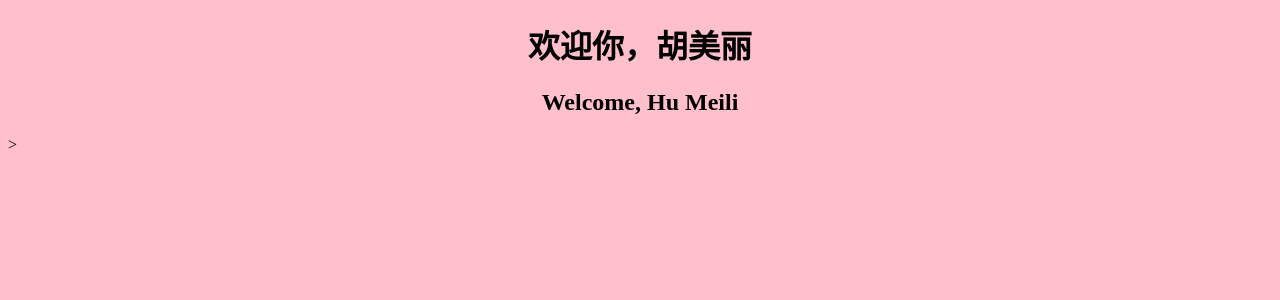
Repository: NanmeiYC/NanmeiYC.github.io
Page: zhuye.html
The author's editor kept a copy of each file at every save. The page is drawn from the files as they stood at one save, then again after the next save.
The browser window is 1280 px wide. The pictures show the whole page.

Above is the page before, as saved 2021-05-28 23:30:18.

After the next save:
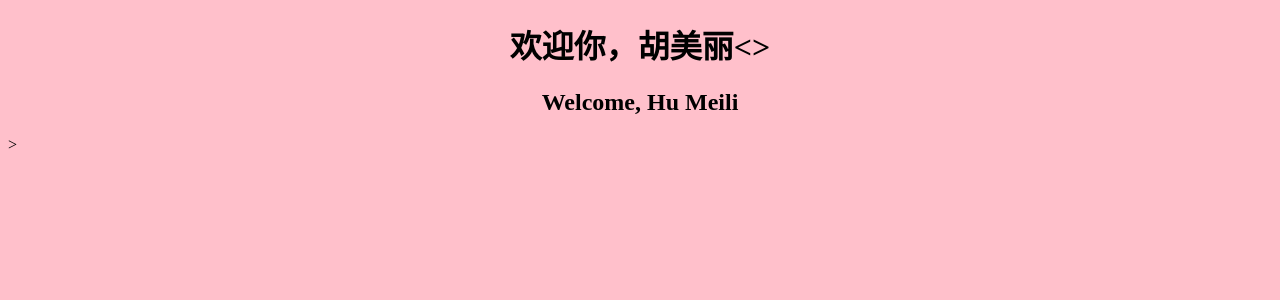
Saved 17 s later.
--- a/zhuye.html
+++ b/zhuye.html
@@ -7,7 +7,7 @@
     <body bgcolor="pink">
         <body>
             <div align="center">
-            <h1>欢迎你，胡美丽</h1>
+            <h1>欢迎你，胡美丽<></h1>
             <h2>Welcome, Hu Meili</h2>
             </div>
         </body>>

After the save that followed:
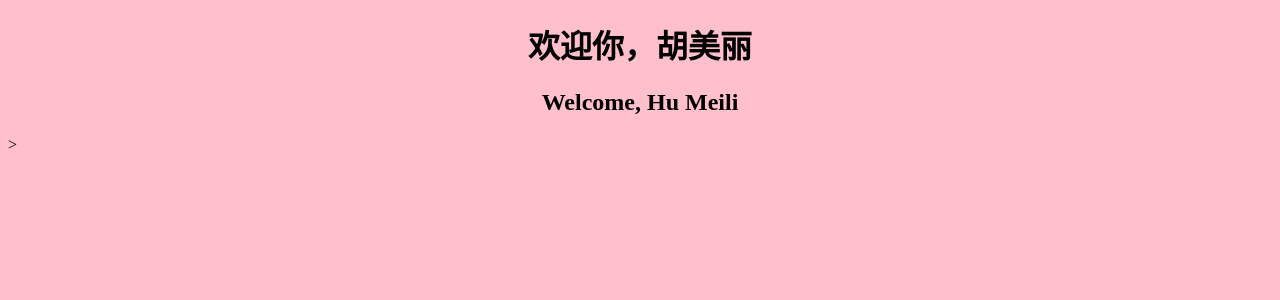
Saved 6 s later.
--- a/zhuye.html
+++ b/zhuye.html
@@ -7,7 +7,7 @@
     <body bgcolor="pink">
         <body>
             <div align="center">
-            <h1>欢迎你，胡美丽<></h1>
+            <h1>欢迎你，胡美丽</h1>
             <h2>Welcome, Hu Meili</h2>
             </div>
         </body>>
